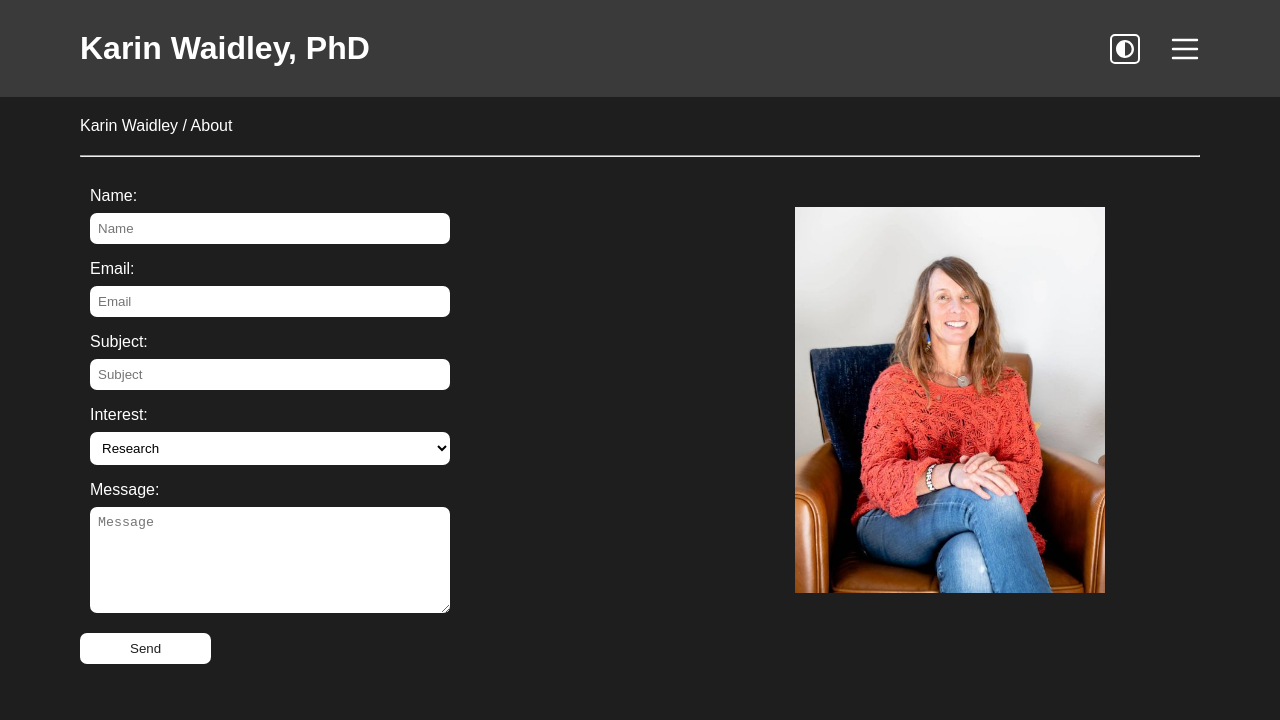
Repository: Ceasor7/Karin
Page: contact.html
An editor plug-in stored every save of this project. The page is shown before and after the next save, followed by the edit.
The browser window is 1280 px wide. The pictures show the whole page.

Above is the page before, as saved 2023-12-14 17:16:52.

### contact.html
<!DOCTYPE html>
<html lang="en">

<head>
    <meta charset="UTF-8">
    <meta name="viewport" content="width=device-width, initial-scale=1.0">
    <title>Karin Waidley, PhD | Contact</title>
    <style>
        ::-webkit-scrollbar {
            width: .8em;
            border-radius: .3rem;
            background-color: hsl(0, 0%, 65%);
        }

        ::-webkit-scrollbar-thumb {
            border-radius: .3rem;
            background-color: hsl(0, 0%, 55%);
        }

        ::-webkit-scrollbar-thumb:hover {
            background-color: hsl(0, 0%, 45%);
        }

        /* Resetting some default styles for better consistency */
        body,
        h1,
        h2,
        h3,
        p,
        ul,
        li {
            margin: 0;
            padding: 0;
            list-style: none;
        }

        /* Global styles */
        body {
            font-family: Arial, sans-serif;
            background-color: var(--primary-color);
        }

        :root {
            --primary-color: #1E1E1E;
            --secondary-color: #ffffff;
        }

        .darkmode {
            --primary-color: #ffffff;
            --secondary-color: #1E1E1E;
        }

        /* Navbar styles */
        header {
            background-color: #3A3A3A;
            color: white;
            padding: 10px 0;
        }

        .navbar {
            display: flex;
            justify-content: space-between;
            align-items: center;
            padding: 20px;
            margin-left: 60px;
            margin-right: 60px;
        }

        .navbar-logo {
            font-size: 2em;
            font-weight: bold;
        }

        .navbar-icons {
            display: flex;
            gap: 10px;
        }

        .dark-mode-toggle {
            color: var(--secondary-color);
            border: 2px solid currentColor;
            padding: 4px;
            background: transparent;
            cursor: pointer;
            border-radius: 5px;
            width: 30px;
            height: 30px;
        }

        .dark-mode-toggle,
        .svg-icon {
            margin-right: 20px;
        }

        /* Main content styles */
        section {
            margin-top: 20px;
        }

        .page-title {
            color: var(--secondary-color);
            margin-bottom: 20px;
        }

        /* Contact form styles */
        form {
            max-width: 600px;
            margin: 0 auto;
            color: var(--secondary-color);
        }

        label {
            display: block;
            margin-bottom: 8px;
            text-align: left;
            margin-left: 80px;
        }

        input,
        textarea,
        select {
            width: 60%;
            padding: 8px;
            margin-bottom: 16px;
            box-sizing: border-box;
            margin-left: 80px;
            background-color: white;
            border: none;
            border-radius: 7px;

        }

        /* New section styles */
        .image-section {
            text-align: center;
            margin-top: 20px;
        }

        .image-section img {
            max-width: 50%;
            height: auto;
        }

        /* Add this CSS to make the two divs beside each other */
        .flex-container {
            display: flex;
            justify-content: space-between;
            margin-top: 30px;
        }

        .flex-container>div {
            flex: 1;
            margin-right: 20px;
        }

        .form-button {
            margin-left: 80px;
            margin-bottom: 20px;
        }

        .formSend-button {
            padding: 8px;
            background-color: var(--secondary-color);
            color: var(--primary-color);
            padding-left: 50px;
            padding-right: 50px;
            border-radius: 7px;
            border: none;
        }

        section {
            margin-top: 20px;
            margin-left: 80px;
            margin-right: 80px;
        }
    </style>
</head>

<body>
    <header>
        <div class="navbar">
            <div class="navbar-logo">Karin Waidley, PhD</div>
            <div class="navbar-icons">
                <button id="dark-mode-toggle" class="dark-mode-toggle">
                    <svg width="100%" xmlns="http://www.w3.org/2000/svg" viewBox="0 0 496 496">
                        <path fill="currentColor"
                            d="M8,256C8,393,119,504,256,504S504,393,504,256,393,8,256,8,8,119,8,256ZM256,440V72a184,184,0,0,1,0,368Z"
                            transform="translate(-8 -8)" />
                    </svg>
                </button>
                <svg xmlns="http://www.w3.org/2000/svg" x="0px" y="0px" width="30" height="30" viewBox="0 0 50 50"
                    style="fill:#FFFFFF;">
                    <path
                        d="M 5 8 A 2.0002 2.0002 0 1 0 5 12 L 45 12 A 2.0002 2.0002 0 1 0 45 8 L 5 8 z M 5 23 A 2.0002 2.0002 0 1 0 5 27 L 45 27 A 2.0002 2.0002 0 1 0 45 23 L 5 23 z M 5 38 A 2.0002 2.0002 0 1 0 5 42 L 45 42 A 2.0002 2.0002 0 1 0 45 38 L 5 38 z">
                    </path>
                </svg>
            </div>
        </div>
    </header>

    <section>
        <p class="page-title">Karin Waidley / About</p>
        <hr>
    </section>
    <div class="flex-container">
        <div>
            <form>
                <label for="name">Name:</label>
                <input type="text" id="name" placeholder="Name" name="name" required>

                <label for="email">Email:</label>
                <input type="email" id="email" placeholder="Email" name="email" required>

                <label for="subject">Subject:</label>
                <input type="text" id="subject" placeholder="Subject" name="subject" required>

                <label for="interest">Interest:</label>
                <select id="interest" name="interest">
                    <option value="research">Research</option>
                    <option value="speaking">Speaking</option>
                    <option value="teaching">Teaching</option>
                    <option value="community-reach">Community Reach</option>
                </select>

                <label for="message">Message:</label>
                <textarea id="message" placeholder="Message" name="message" rows="6" required></textarea>


            </form>
        </div>
        <!-- New section with image -->
        <div class="image-section">
            <div class="background-div"></div>
            <img src="images/Karin.jpeg" alt="Karin Waidley">
        </div>
    </div>
    <div class="form-button">
        <button class="formSend-button" type="submit">Send</button>
    </div>

    <script src="darkmode.js"></script>
</body>

</html>

### darkmode.js

let darkMode = localStorage.getItem('darkMode');

const darkModeToggle = document.querySelector('#dark-mode-toggle');

const enableDarkMode = () => {
  document.body.classList.add('darkmode');
  localStorage.setItem('darkMode', 'enabled');
}

const disableDarkMode = () => {

  document.body.classList.remove('darkmode');

  localStorage.setItem('darkMode', null);
}


if (darkMode === 'enabled') {
  enableDarkMode();
}

darkModeToggle.addEventListener('click', () => {

  darkMode = localStorage.getItem('darkMode');

  if (darkMode !== 'enabled') {
    enableDarkMode();
  } else {
    disableDarkMode();
  }
});

After the next save:
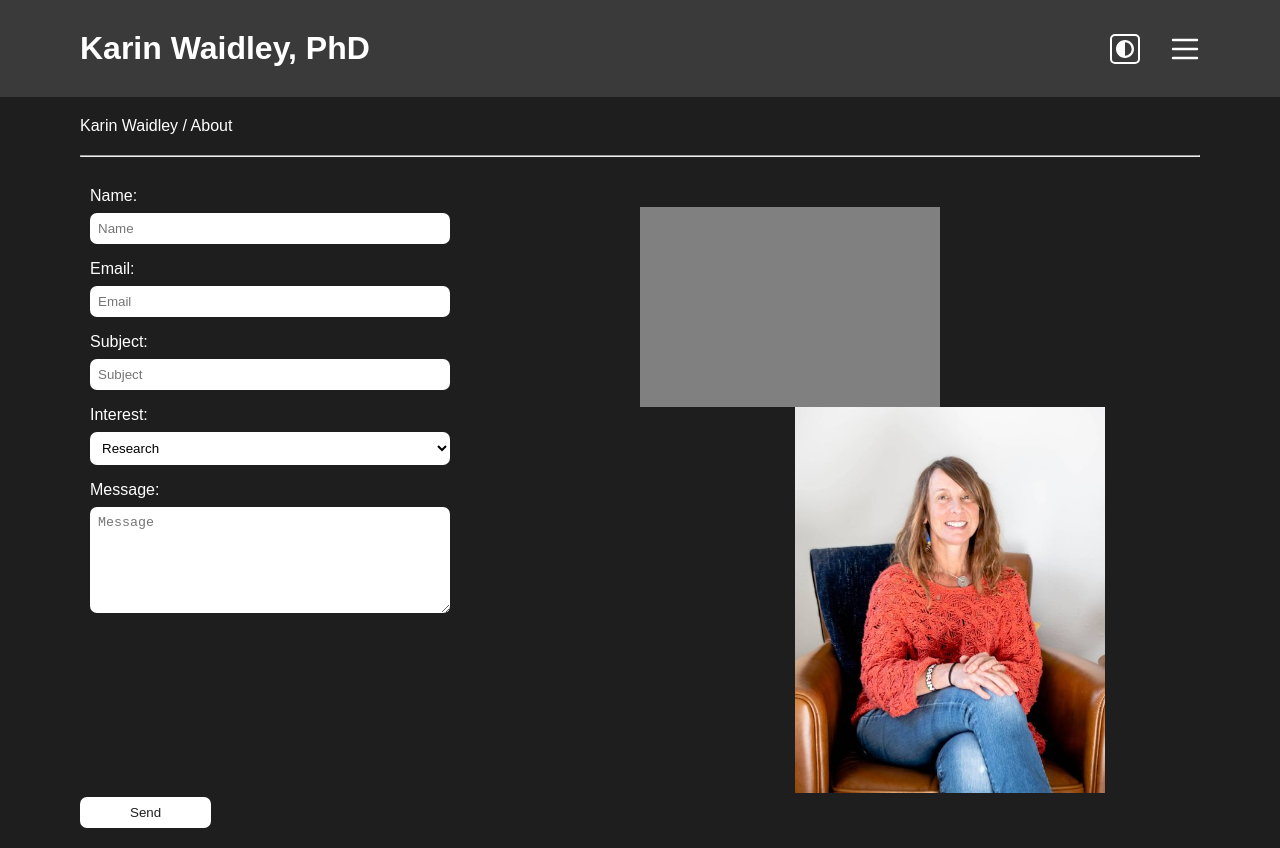
Saved 53 s later.
--- a/contact.html
+++ b/contact.html
@@ -172,6 +172,15 @@
             margin-top: 20px;
             margin-left: 80px;
             margin-right: 80px;
+        }
+
+        /*background image*/
+        .background-div {
+            width: 300px;
+            height: 200px;
+            background-color: gray;
+            position: relative;
+            z-index: 1;
         }
     </style>
 </head>
